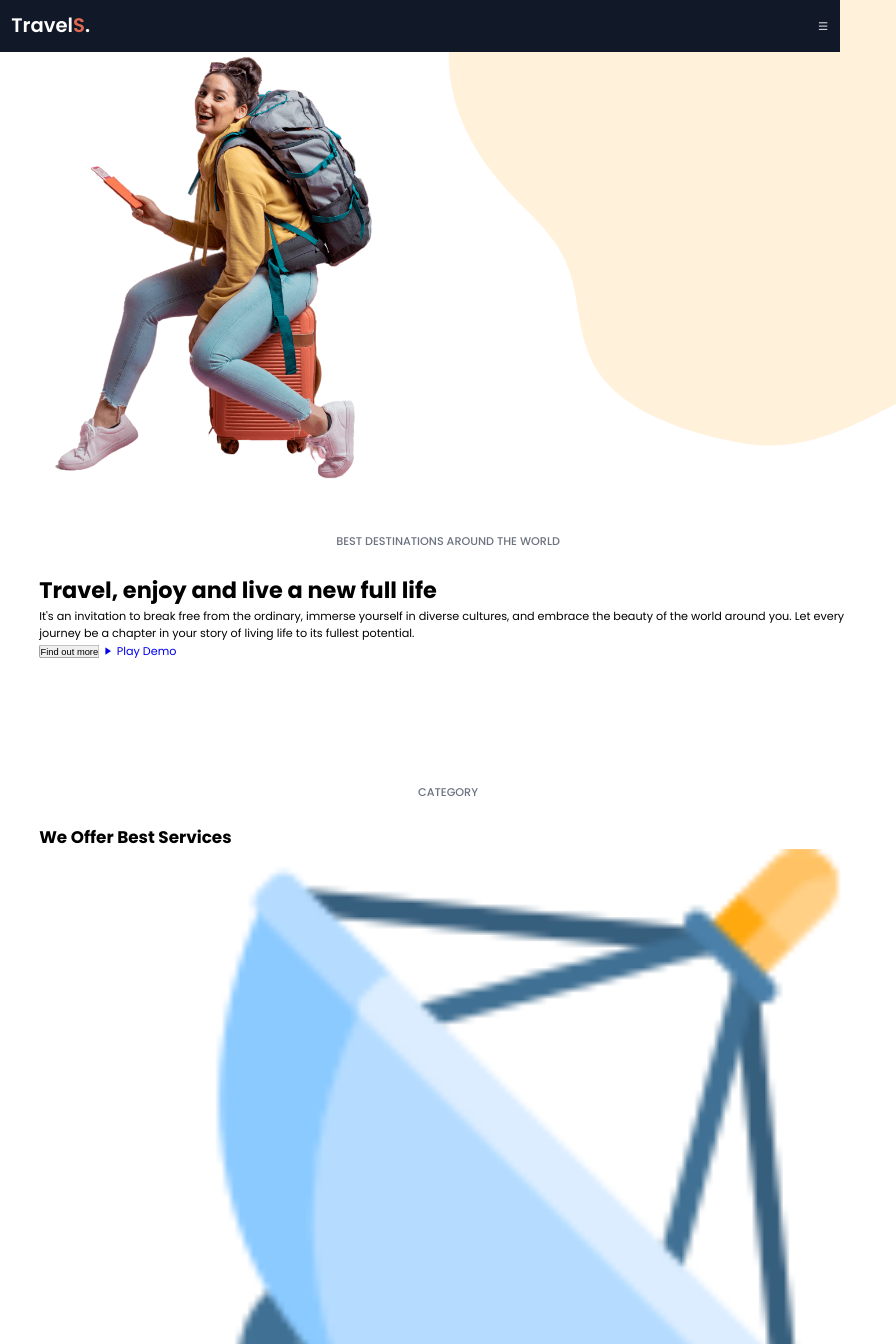
Repository: ntandomagana/travel-website
Page: index.html
An editor plug-in stored every save of this project. The page is shown before and after the next save, followed by the edit.
The browser window is 1280 px wide. The pictures show the part of the page from y = 0 to 1920 px (the page is 11064 px tall), at 70% of full size.

Above is the page before, as saved 2024-05-07 09:29:58.

After the next save:
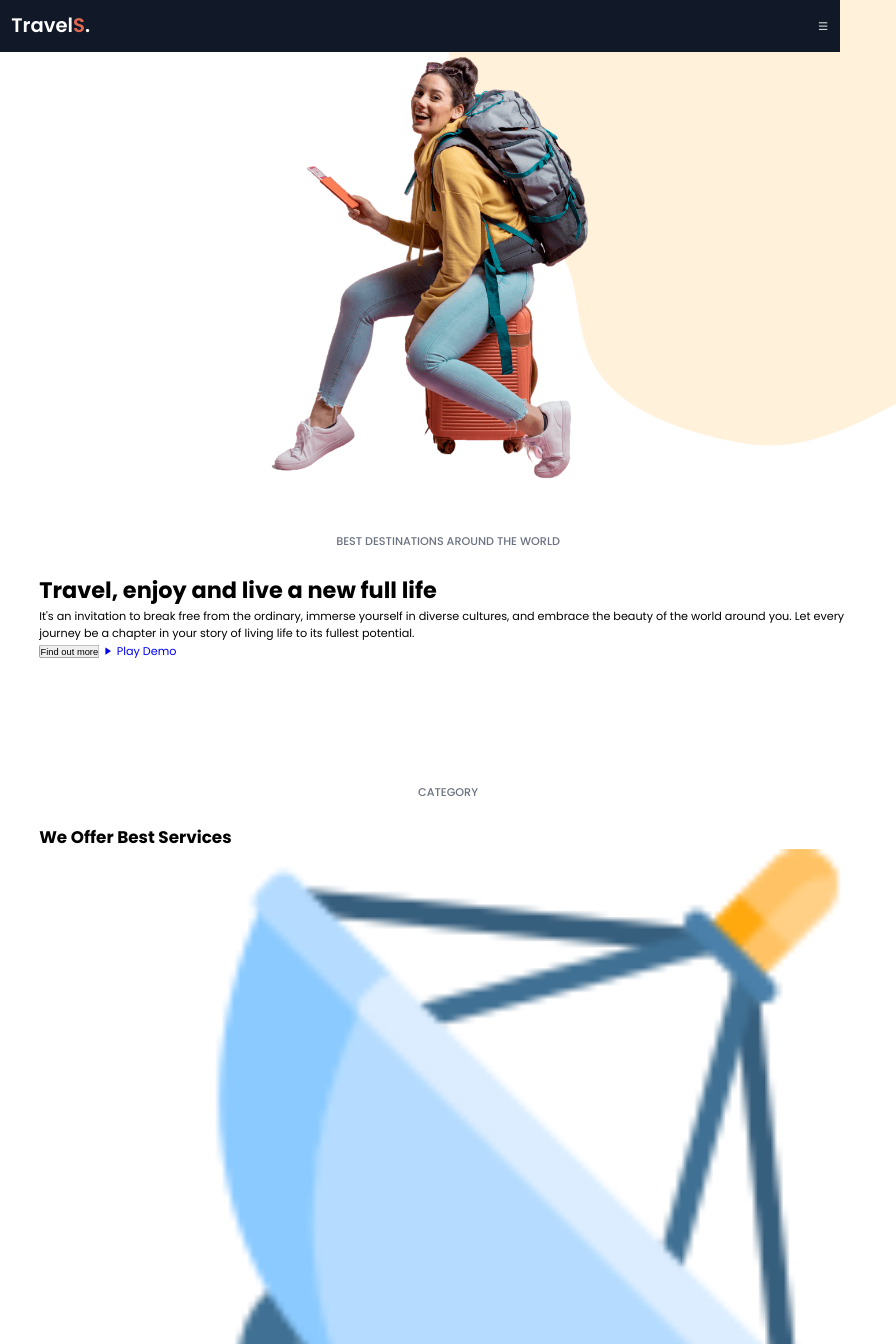
Saved 6 s later.
--- a/style.css
+++ b/style.css
@@ -95,7 +95,7 @@ nav {
 
 .header-image img {
     max-width: 550px;
-    margin
+    margin-inline: auto;
 }
 
 
